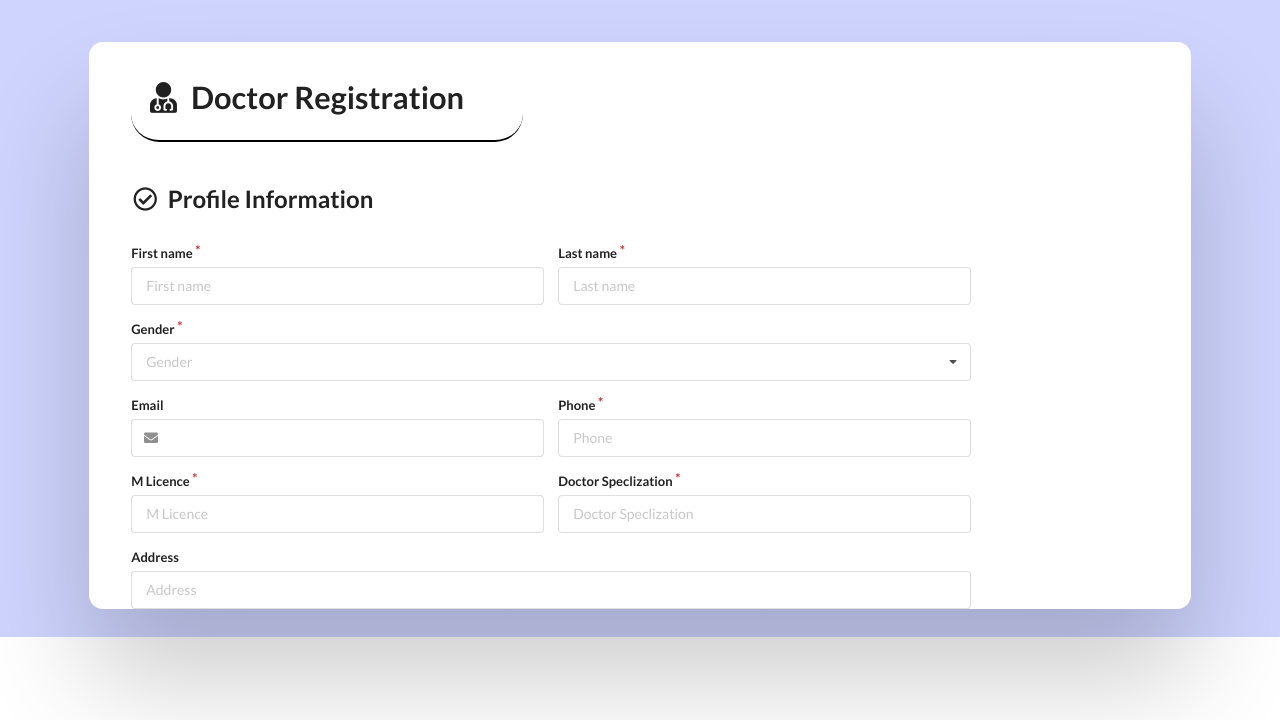
Repository: ajayaj2001/healthcare-digitization
Page: /doctorRegister
An editor plug-in stored every save of this project. The page is shown before and after the next save, followed by the edit.
The browser window is 1280 px wide. The pictures show the whole page.
The project was rebuilt for these pictures with package versions that can differ from the ones it lists, and the page was loaded fresh each time. Also part of the build but not shown: src/component/userType/UserType.scss, src/component/userType/UserType.js, src/component/login/Login.scss, src/component/login/loginForm/LoginForm.scss, src/component/login/loginForm/LoginForm.js, src/component/login/Login.js, src/component/register/Register.scss, src/component/register/registerForm/RegisterForm.scss and 2 more.

Above is the page before, as saved 2021-03-13 11:57:39.

After the next save:
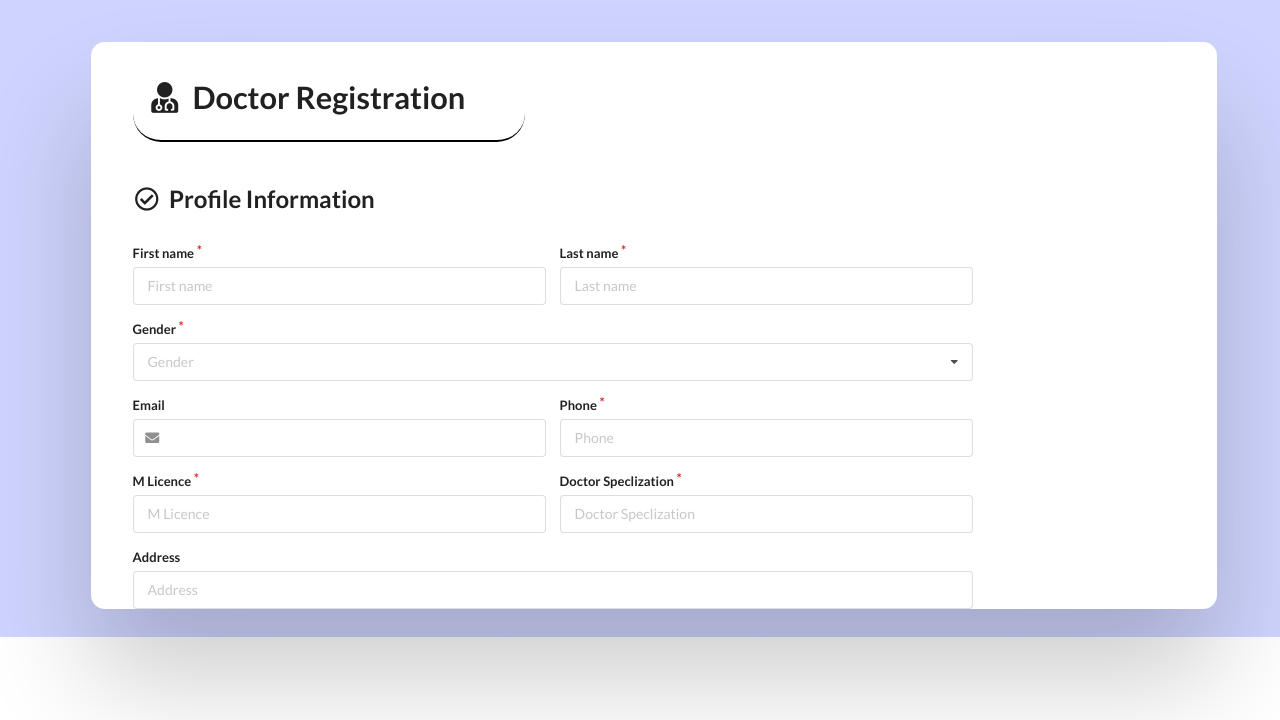
Saved 11 s later.
--- a/src/component/doctorRegister/DoctorRegister.scss
+++ b/src/component/doctorRegister/DoctorRegister.scss
@@ -6,7 +6,7 @@
         display: flex;
         justify-content: center;
         align-items: center;
-        padding: 3rem 2rem 2rem 2rem;
+        padding: 3rem 0rem 2rem 2rem;
     }
     &__main{
         background-color: white;
